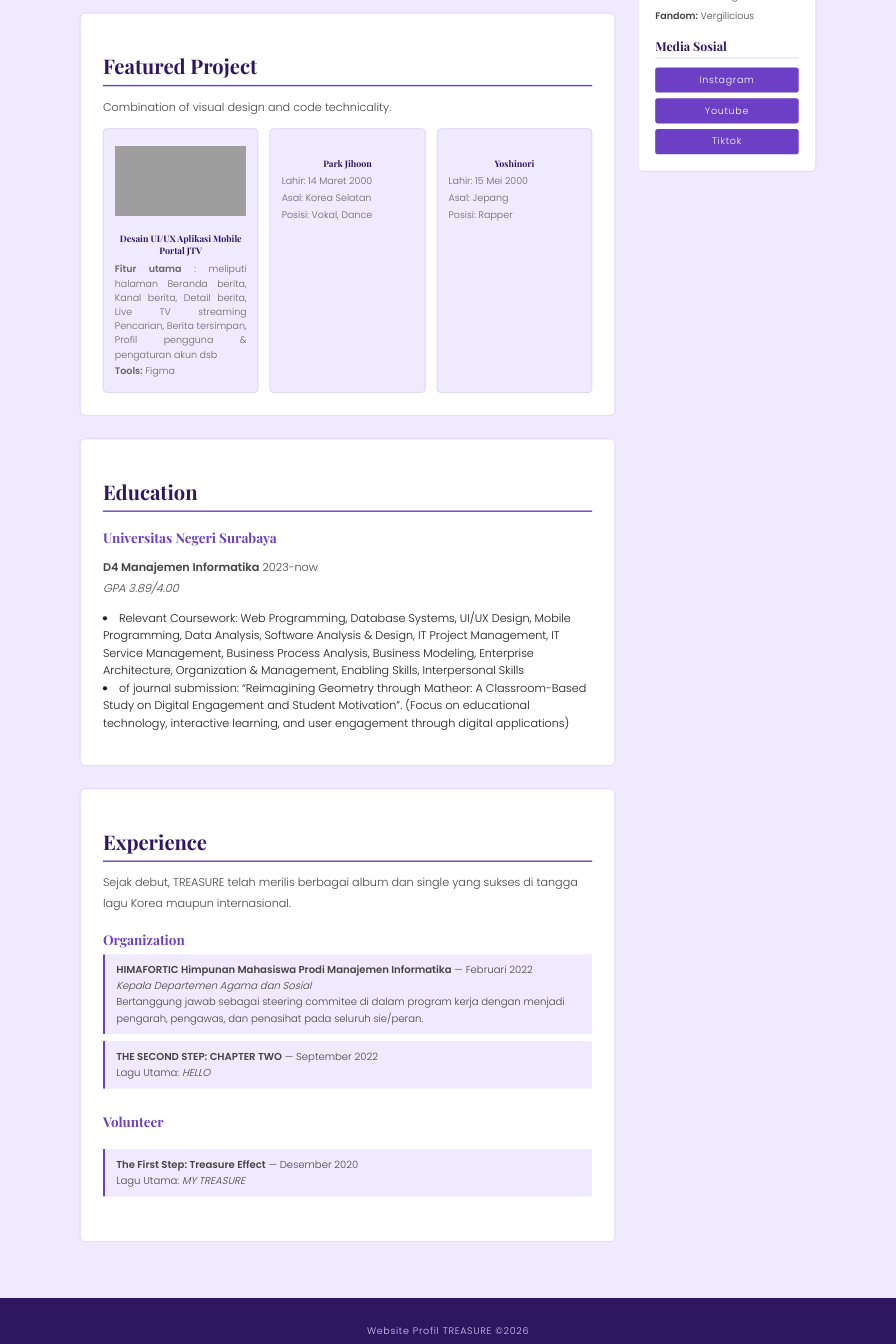
Repository: VergiMutiaRahmasyani/Website-Portofolio
Page: index.html
An editor plug-in stored every save of this project. The page is shown before and after the next save, followed by the edit.
The browser window is 1280 px wide. The pictures show the part of the page from y = 815 to 2735 px (the page is 2765 px tall before and 2711 px after), at 70% of full size.
Pictures or frames that could not be fetched are drawn as grey boxes.

Above is the page before, as saved 2026-03-07 14:01:57.

### index.html
<!DOCTYPE html>
<html>
    <head>
        <meta charset="utf-8" />
        <meta name="viewport" content="width=device-width, initial-scale=1.0" />
        <title>Portofolio Vergi</title>

        <!-- My Own CSS -->
        <link rel="stylesheet" href="css/style.css" />

        <!-- Google Fonts -->
        <link rel="preconnect" href="https://fonts.googleapis.com">
        <link rel="preconnect" href="https://fonts.gstatic.com" crossorigin>
        <link href="https://fonts.googleapis.com/css2?family=Playfair+Display:wght@400;700&family=Poppins:wght@300;400;600&display=swap" rel="stylesheet">
    </head>

    <body>

        <!-- HEADER -->
        <header class="site-header">

            <!-- NAVBAR -->
            <div class="navbar">
                <nav class="nav-list">
                    <ul>
                        <li><a href="#About">About Me</a></li>
                        <li><a href="#Work">Work</a></li>
                        <li><a href="Project">Project</a></li>
                        <li><a href="#Education">Education</a></li>
                        <li><a href="Organization">Organization</a></li>
                        <li><a href="https://drive.google.com/file/d/13-ep7ykiG-k7d2KfzBZSPx55XoqW1qHe/view?usp=sharing" target="_blank"> Resume</a></li>
                    </ul>
                </nav>
            </div>

            <div class="hero">
                <div class="hero-overlay">
                    <h1>Welcome, <br> To My Portofolio!</h1>
                </div>
            </div>

        </header>

        <!-- MAIN -->
        <main>
            <div class="content-wrapper">
                <div id="content">
                    <article id="About">
                        <h2>About Me</h2>
                        <p>
                            Saya seorang mahasiswa semester 6 Program Studi Manajemen Informatika di Universitas Negeri Surabaya, yang memiliki rasa
                            ingin tahu dan semangat yang besar. Dengan memiliki peminatan pada UI/UX Design dan Web Development,
                            saya telah berpengalaman dalam menciptakan solusi digital yang user-friendly dan berdampak. Melalui
                            kombinasi hard skills dan soft skills yang saya miliki, saya siap untuk beradaptasi dan memberikan kontribusi
                            nyata pada setiap proyek yang dijalankan.
                        </p>
                    </article>

                    <article id="Project">
                        <h2>Featured Project</h2>
                        <p>
                            Combination of visual design and code technicality.
                        </p>

                        <div class="project-list">
                            <div class="project-card">
                                <img src="D:\STUPEN\celerates\SUBMISSION\Web Portofolio\img\portaljtv.png" alt="Portal JTV" class="project-img" />
                                <h3>Desain UI/UX Aplikasi Mobile Portal JTV</h3>
                                <p><strong>Fitur utama</strong> : meliputi halaman Beranda berita, Kanal berita, Detail berita, Live TV streaming
                                    Pencarian, Berita tersimpan, Profil pengguna & pengaturan akun dsb</p>
                                <p><strong>Tools:</strong> Figma</p>
                            </div>
                            <div class="project-card">
                                <h3>Park Jihoon</h3>
                                <p>Lahir: 14 Maret 2000</p>
                                <p>Asal: Korea Selatan</p>
                                <p>Posisi: Vokal, Dance</p>
                            </div>
                            <div class="project-card">
                                <h3>Yoshinori</h3>
                                <p>Lahir: 15 Mei 2000</p>
                                <p>Asal: Jepang</p>
                                <p>Posisi: Rapper</p>
                            </div>
                        </div>
                    </article>

                    <article >
                        <h2>Education</h2>
                        <h3>Universitas Negeri Surabaya</h3>
                        <p>
                            <strong>D4 Manajemen Informatika</strong>  2023-now
                            <br><em>GPA 3.89/4.00</em>
                            <br>
                        </p>
                        <p>
                            <li> Relevant Coursework: Web Programming, Database Systems, UI/UX Design, Mobile Programming, Data
                                Analysis, Software Analysis & Design, IT Project Management, IT Service Management, Business Process
                                Analysis, Business Modeling, Enterprise Architecture, Organization & Management, Enabling Skills,
                                Interpersonal Skills</li>
                            <li> of journal submission: “Reimagining Geometry through Matheor: A Classroom-Based Study on Digital
                                Engagement and Student Motivation”. (Focus on educational technology, interactive learning, and user
                                engagement through digital applications)</li>
                        </p>
                    </article>

                    <article id="pengalaman">
                        <h2>Experience</h2>
                        <p>
                            Sejak debut, TREASURE telah merilis berbagai album dan single yang sukses di tangga lagu Korea maupun internasional.
                        </p>

                        <h3> Organization </h3>
                        <ul class="pengalaman-list">
                            <li>
                                <strong>HIMAFORTIC Himpunan Mahasiswa Prodi Manajemen Informatika</strong> — Februari 2022
                                <br><em>Kepala Departemen Agama dan Sosial</em>
                                <br>Bertanggung jawab sebagai steering commitee di dalam program kerja dengan menjadi pengarah,
                                pengawas, dan penasihat  pada seluruh sie/peran.
                            </li>
                            <li>
                                <strong>THE SECOND STEP: CHAPTER TWO</strong> — September 2022
                                <br>Lagu Utama: <em>HELLO</em>
                            </li>


                        <h3>Volunteer</h3>
                        <ul class="pengalaman-list">
                            <li>
                                <strong>The First Step: Treasure Effect</strong> — Desember 2020
                                <br>Lagu Utama: <em>MY TREASURE</em>
                            </li>
                    </article>

                </div>

                <!-- ASIDE -->
                <aside>
                    <div class="aside-inner">
                        <h3>Info Singkat</h3>
                        <img src="img/vergi photo.jpeg" alt="Foto Vergi" class="aside-img" />
                        <ul class="aside-info">
                            <li><strong>Debut:</strong> 7 Maret 2026</li>
                            <li><strong>Agensi:</strong> MI Entertainment</li>
                            <li><strong>Member:</strong> 6 orang</li>
                            <li><strong>Fandom:</strong> Vergilicious</li>
                        </ul>

                        <h3>Media Sosial</h3>
                        <ul class="aside-social">
                            <li><a href="https://www.instagram.com/yg_treasure_official/" target="_blank">Instagram</a></li>
                            <li><a href="https://www.youtube.com/@TREASURE" target="_blank">Youtube</a></li>
                            <li><a href="https://tiktok.com/@yg_treasure_tiktok" target="_blank">Tiktok</a></li>
                        </ul>
                    </div>
                </aside>
            </div>

        </main>

        <!-- FOOTER -->
        <footer>
            <p>Website Profil TREASURE &copy;2026 </p>
        </footer>

    </body>
</html>

### css/style.css
*,
*::before,
*::after {
    box-sizing: border-box;
}

/* =====================
   PALET WARNA UNGU
   --ungu-gelap   : #2e1760  (navbar, footer)
   --ungu-utama   : #6c3fc5  (aksen utama)
   --ungu-sedang  : #9b6ee0  (hover, border)
   --ungu-muda    : #d8c8f5  (border ringan)
   --ungu-pucat   : #f0eaff  (background halaman)
   ===================== */

body {
    font-family: 'Poppins', sans-serif;
    font-weight: 300;
    background-color: #f0eaff;
    color: #1a1a1a;
    margin: 0;
}


/* =====================
   HEADER
   ===================== */

header.site-header {
    background-color: #2e1760;
    color: white;
}

/* NAVBAR */
header.site-header .navbar {
    padding: 1rem 2rem;
    position: fixed;
    top: 0;
    left: 0;
    right: 0;
    width: 100%;
    z-index: 999;
    background-color: #2e1760;
}

header.site-header .nav-list ul {
    list-style: none;
    padding: 0;
    margin: 0;

    display: flex;
    justify-content: center;
    gap: 2rem;
}

header.site-header .nav-list li a {
    text-decoration: none;
    color: #d8c8f5;
    font-size: 0.9rem;
    font-weight: 400;
    letter-spacing: 1px;
    transition: color 0.2s ease;
}

header.site-header .nav-list li a:hover {
    color: white;
}

/* HERO */
header.site-header .hero {
    position: relative;
    width: 100%;
    height: 370px;
    overflow: hidden;
    margin-top: 57px;
}

header.site-header .hero .hero-overlay {
    position: absolute;
    inset: 0;
    display: flex;
    align-items: center;
    justify-content: center;
}

header.site-header .hero .hero-overlay h1 {
    font-family: 'Playfair Display', serif;
    font-size: 5rem;
    letter-spacing: 10px;
    color: white;
    margin: 0;
    text-align: center;
}


/* =====================
   MAIN & LAYOUT
   ===================== */

main {
    max-width: 1100px;
    margin-inline: auto;
    padding: 2rem 1.5rem;
}

.content-wrapper {
    display: flex;
    gap: 2rem;
    align-items: flex-start;
}

#content {
    flex: 3;

    display: flex;
    flex-direction: column;
    gap: 2rem;
}


/* =====================
   ARTICLE
   ===================== */

article {
    background-color: white;
    border: 1px solid #d8c8f5;
    border-radius: 8px;
    padding: 2rem;
}

article h2 {
    font-family: 'Playfair Display', serif;
    font-size: 1.8rem;
    margin-bottom: 1rem;
    padding-bottom: 0.5rem;
    border-bottom: 2px solid #6c3fc5;
    color: #2e1760;
}

article h3 {
    font-family: 'Playfair Display', serif;
    font-size: 1.2rem;
    margin-top: 1.5rem;
    margin-bottom: 0.5rem;
    color: #6c3fc5;
}

article p {
    line-height: 1.8;
    margin-bottom: 1rem;
    color: #444;
}


/* =====================
   TABEL INFO
   ===================== */

.info-table {
    width: 100%;
    border-collapse: collapse;
    margin-top: 1.5rem;
}

.info-table th,
.info-table td {
    padding: 0.6rem 1rem;
    text-align: left;
    border-bottom: 1px solid #d8c8f5;
    font-size: 0.95rem;
}

.info-table th {
    width: 35%;
    font-weight: 600;
    color: #2e1760;
    background-color: #f0eaff;
}

.info-table td {
    color: #444;
}


/* =====================
   PROJECT CARDS
   ===================== */

.project-list {
    display: flex;
    flex-wrap: wrap;
    gap: 1rem;
    margin-top: 0.5rem;
}

.project-card {
    flex: 1 1 160px;
    background-color: #f0eaff;
    border: 1px solid #d8c8f5;
    border-radius: 6px;
    padding: 1rem;
}

.project-img {
    width: 100%;
    max-width: 250px;
    height: 100px;
    object-fit:cover;
    object-position: top;
    display: block;
    margin: 0.5rem auto 1rem auto;
    border-radius: 0px;
}

.project-card h3 {
    font-size: 0.8rem;
    margin-top: 0.5;
    margin-bottom: 0.5rem;
    text-align: center;
    color: #2e1760;
}

.project-card p {
    font-size: 0.85rem;
    color: #666;
    margin: 0.2rem 0;
    line-height: 1.5;
    word-spacing: -1;
    text-align: justify;
}


/* =====================
   ALBUM LIST
   ===================== */

.pengalaman-list {
    list-style: none;
    padding: 0;
    margin: 0.5rem 0 1rem 0;

    display: flex;
    flex-direction: column;
    gap: 0.6rem;
}

.pengalaman-list li {
    padding: 0.7rem 1rem;
    background-color: #f0eaff;
    border-left: 3px solid #6c3fc5;
    border-radius: 0 4px 4px 0;
    font-size: 0.9rem;
    color: #444;
    line-height: 1.6;
}


/* =====================
   ASIDE
   ===================== */

aside {
    flex: 1;
    position: sticky;
    top: 80px;
}

aside .aside-inner {
    background-color: white;
    border: 1px solid #d8c8f5;
    border-radius: 8px;
    padding: 1.5rem;
}

aside h3 {
    font-family: 'Playfair Display', serif;
    font-size: 1.1rem;
    margin-top: 1.2rem;
    margin-bottom: 0.8rem;
    padding-bottom: 0.4rem;
    border-bottom: 1px solid #d8c8f5;
    color: #2e1760;
}

aside h3:first-child {
    margin-top: 0;
}

.aside-img {
    width: 100%;
    max-width: 250px;
    height: 200px;
    object-fit: cover;
    object-position: center;
    display: block;
    margin: 0.5rem auto 1rem auto;
    border-radius: 100px;
}

.aside-info {
    list-style: none;
    padding: 0;
    margin: 0;

    display: flex;
    flex-direction: column;
    gap: 0.4rem;
}

.aside-info li {
    font-size: 0.85rem;
    color: #444;
    line-height: 1.6;
}

.aside-social {
    list-style: none;
    padding: 0;
    margin: 0;

    display: flex;
    flex-direction: column;
    gap: 0.5rem;
}

.aside-social li a {
    display: block;
    text-align: center;
    padding: 0.5rem;
    background-color: #6c3fc5;
    color: white;
    text-decoration: none;
    border-radius: 4px;
    font-size: 0.85rem;
    letter-spacing: 1px;
    transition: background-color 0.2s ease;
}

.aside-social li a:hover {
    background-color: #9b6ee0;
}


/* =====================
   FOOTER
   ===================== */

footer {
    background-color: #2e1760;
    color: #d8c8f5;
    text-align: center;
    padding: 1.5rem;
    margin-top: 3rem;
    font-size: 0.85rem;
    letter-spacing: 1px;
}


/* =====================
   RESPONSIVE
   ===================== */

@media screen and (max-width: 768px) {
    header.site-header .nav-list ul {
        flex-wrap: wrap;
        justify-content: center;
        gap: 0.8rem;
    }

    .content-wrapper {
        flex-direction: column;
    }

    aside {
        position: static;
        width: 100%;
    }

    .project-card {
        flex: 1 1 130px;
    }
}

After the next save:
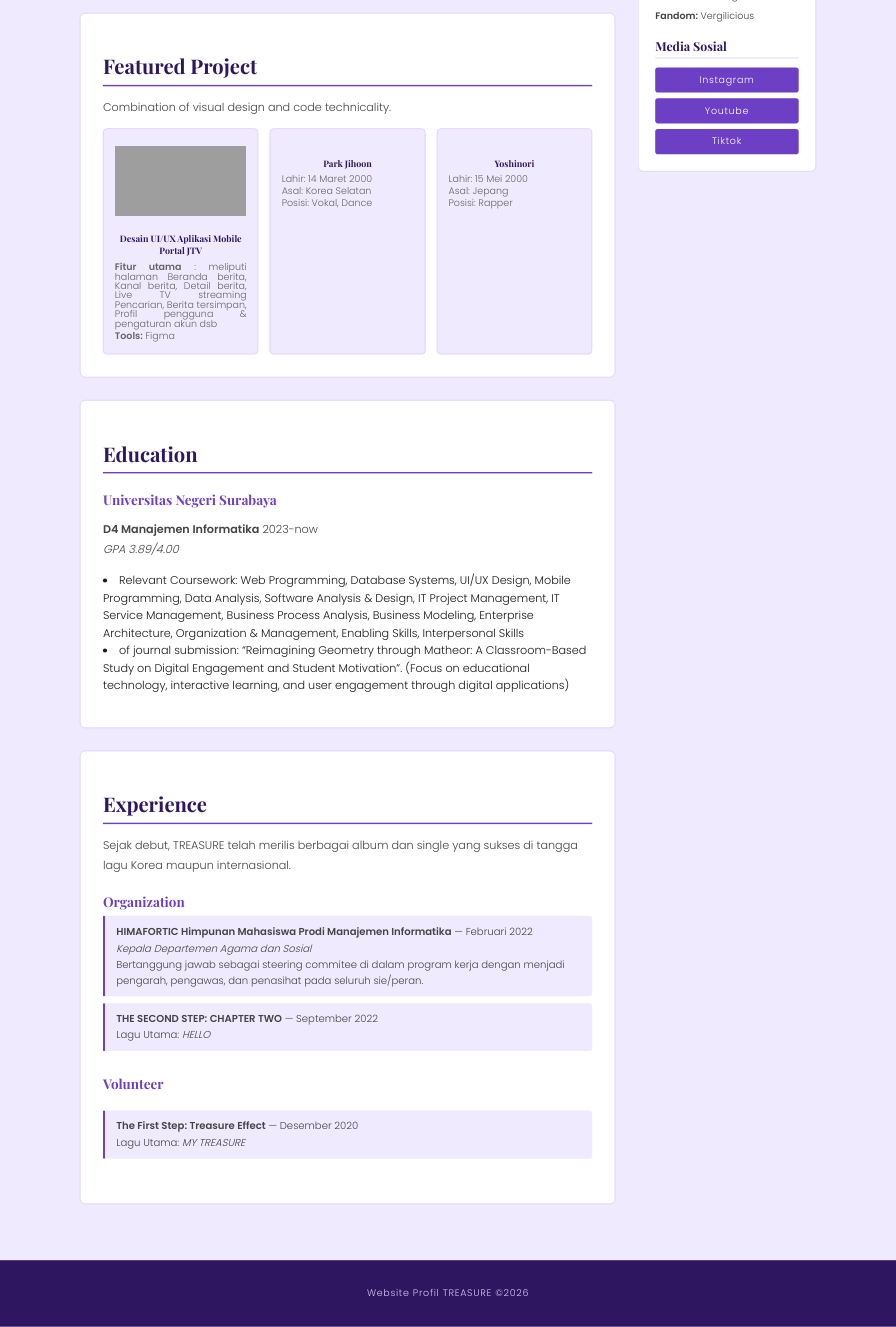
Saved 12 s later.
--- a/css/style.css
+++ b/css/style.css
@@ -225,7 +225,7 @@
     font-size: 0.85rem;
     color: #666;
     margin: 0.2rem 0;
-    line-height: 1.5;
+    line-height: 1.0;
     word-spacing: -1;
     text-align: justify;
 }

After the 2 saves that followed:
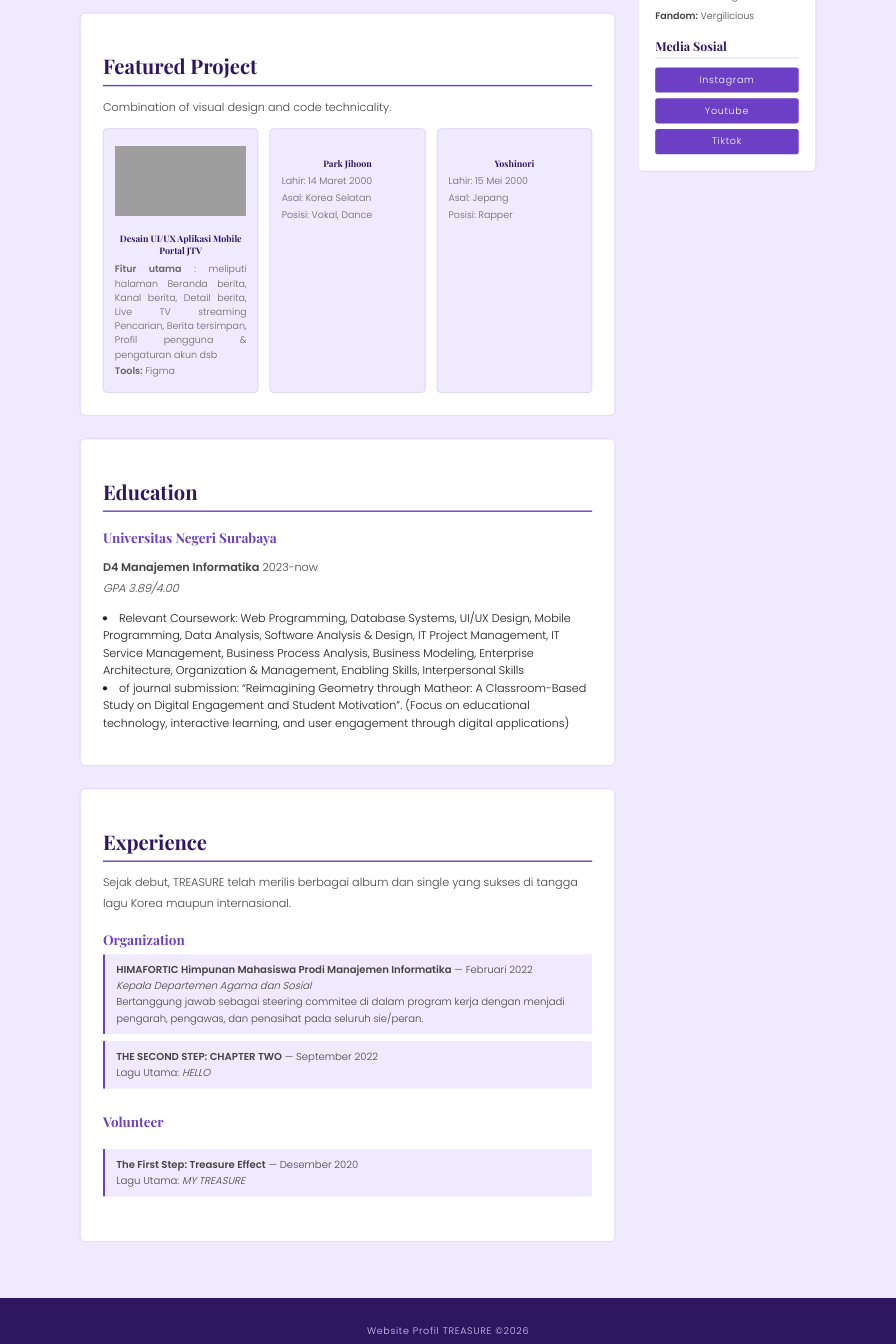
The 2 saves are shown as one change because they came seconds apart.
The last was saved 10 s later.
--- a/css/style.css
+++ b/css/style.css
@@ -225,7 +225,7 @@
     font-size: 0.85rem;
     color: #666;
     margin: 0.2rem 0;
-    line-height: 1.0;
+    line-height: 1.5;
     word-spacing: -1;
     text-align: justify;
 }
